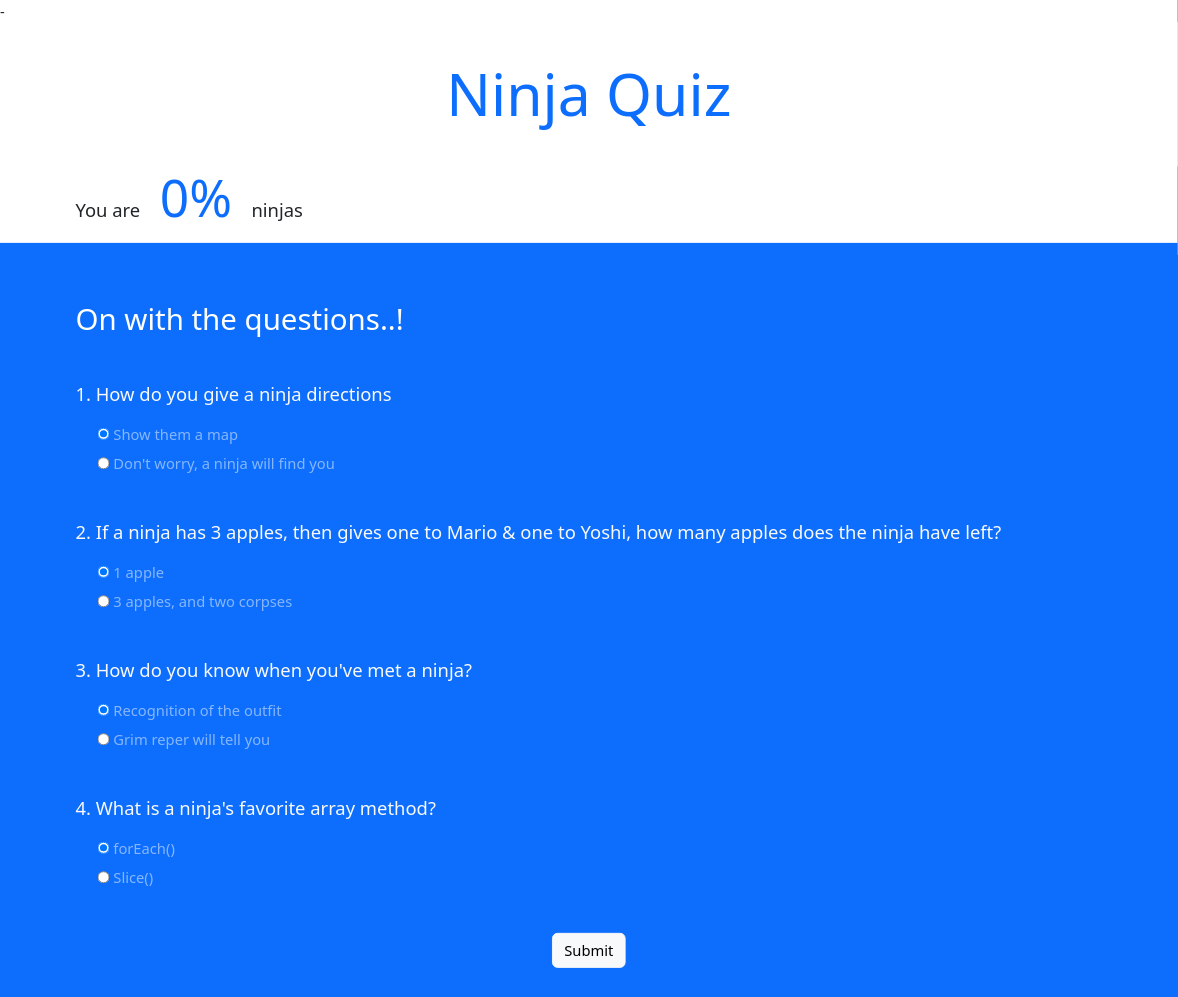
Repository: Programmer-RD-AI/Modern-JavaScript-Complete-guide-from-Novice-to-Ninja
Page: ninja_quiz/index.html
An editor plug-in stored every save of this project. The page is shown before and after the next save, followed by the edit.
The browser window is 1280 px wide. The pictures show the whole page, at 92% of full size.

Above is the page before, as saved 2023-12-26 16:00:08.

### ninja_quiz/index.html
<html lang="en">
  <head>
    <meta charset="UTF-8" />
    -
    <meta name="viewport" content="width=device-width, initial-scale=1.0" />
    <link
      href="https://cdn.jsdelivr.net/npm/bootstrap@5.3.2/dist/css/bootstrap.min.css"
      rel="stylesheet"
      integrity="sha384-T3c6CoIi6uLrA9TneNEoa7RxnatzjcDSCmG1MXxSR1GAsXEV/Dwwykc2MPK8M2HN"
      crossorigin="anonymous"
    />
    <title>Ninja Quiz</title>
    <link rel="stylesheet" href="style.css" />
  </head>
  <body>
    <!-- introduction -->
    <div class="intro py-3 bg-white text-center">
      <div class="container">
        <h2 class="text-primary display-3 my-4">Ninja Quiz</h2>
      </div>
    </div>
    <!-- percentage -->
    <div class="">
      <div class="container lead">
        <p>You are <span class="text-primary display-4 p-3">0%</span> ninjas</p>
      </div>
    </div>
    <!-- quiz section -->
    <div class="quiz py-3 bg-primary">
      <div class="container">
        <h2 class="my-5 text-white">On with the questions..!</h2>
        <form class="quiz-form text-light">
          <div class="my-5">
            <p class="lead font-weight-normal">
              1. How do you give a ninja directions
            </p>
            <div class="form-check my-2 text-white-50">
              <input type="radio" name="q1" value="A" checked />
              <label class="form-check-label">Show them a map</label>
            </div>
            <div class="form-check my-2 text-white-50">
              <input type="radio" name="q1" value="B" />
              <label class="form-check-label"
                >Don't worry, a ninja will find you</label
              >
            </div>
          </div>
          <div class="my-5">
            <p class="lead font-weight-normal">
              2. If a ninja has 3 apples, then gives one to Mario & one to
              Yoshi, how many apples does the ninja have left?
            </p>
            <div class="form-check my-2 text-white-50">
              <input type="radio" name="q2" value="A" checked />
              <label class="form-check-label">1 apple</label>
            </div>
            <div class="form-check my-2 text-white-50">
              <input type="radio" name="q2" value="B" />
              <label class="form-check-label">3 apples, and two corpses</label>
            </div>
          </div>
          <div class="my-5">
            <p class="lead font-weight-normal">
              3. How do you know when you've met a ninja?
            </p>
            <div class="form-check my-2 text-white-50">
              <input type="radio" name="q3" value="A" checked />
              <label class="form-check-label">Recognition of the outfit</label>
            </div>
            <div class="form-check my-2 text-white-50">
              <input type="radio" name="q3" value="B" />
              <label class="form-check-label">Grim reper will tell you</label>
            </div>
          </div>
          <div class="my-5">
            <p class="lead font-weight-normal">
              4. What is a ninja's favorite array method?
            </p>
            <div class="form-check my-2 text-white-50">
              <input type="radio" name="q4" value="A" checked />
              <label class="form-check-label">forEach()</label>
            </div>
            <div class="form-check my-2 text-white-50">
              <input type="radio" name="q4" value="B" />
              <label class="form-check-label">Slice()</label>
            </div>
          </div>
          <div class="text-center">
            <input type="submit" class="btn btn-light" />
          </div>
        </form>
      </div>
    </div>
    <script src="app.js"></script>
  </body>
</html>

### ninja_quiz/app.js
const correctAnswers = ["B", "B", "B", "B"];
const form = document.querySelector(".quiz-form");
const percentage = document.querySelector("span");
form.addEventListener("submit", (e) => {
  e.preventDefault();
  let score = 0;
  const userAnswers = [
    form.q1.value,
    form.q2.value,
    form.q3.value,
    form.q4.value,
  ];
  userAnswers.forEach((userAnswer, idx) => {
    if (userAnswer === correctAnswers[idx]) {
      score += 100 / correctAnswers.length;
    }
  });
    percentage.setAttribute("class", "result py-4 bg-light text-center");
  for (let i = 1; i < score; i++) {
    percentage.textContent = `${i}%`;
  }
});

Loaded but not shown: ninja_quiz/style.css (no stored copy; drawn as an empty file)

After the next save:
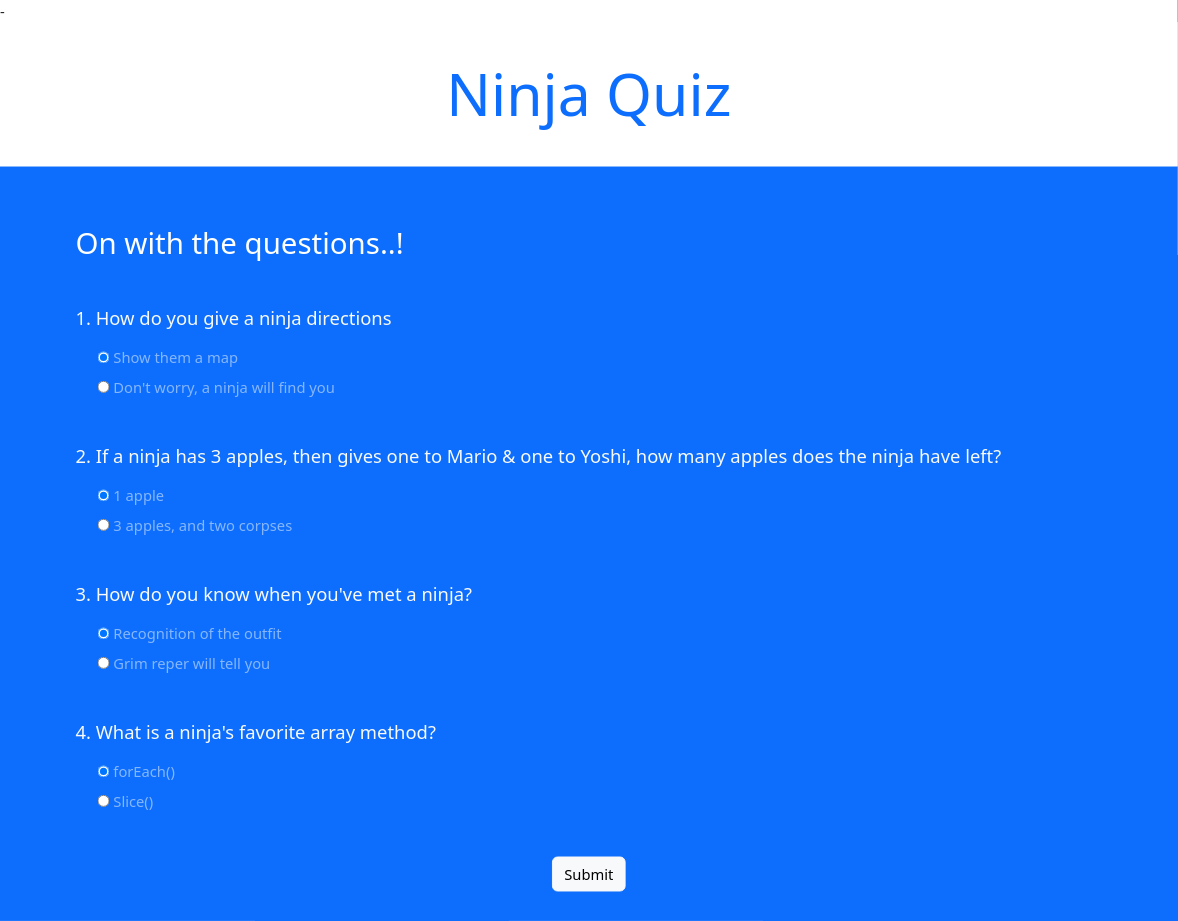
Saved 1 s later.
--- a/ninja_quiz/index.html
+++ b/ninja_quiz/index.html
@@ -20,7 +20,7 @@
       </div>
     </div>
     <!-- percentage -->
-    <div class="">
+    <div class="result py-4 d-none bg-light text-center">
       <div class="container lead">
         <p>You are <span class="text-primary display-4 p-3">0%</span> ninjas</p>
       </div>
